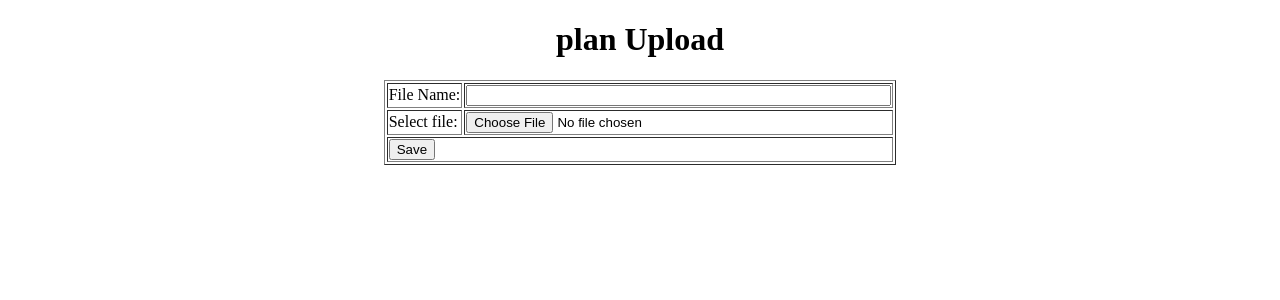
Repository: jungmintaeng/mini-ucampus
Page: http://localhost/ucam/planupload.jsp
These files come from the project's save history. The page is drawn as it stood at one moment and after the next save; the edit follows.
The browser window is 1280 px wide. The pictures show the whole page.
The page is served by Tomcat 9. Nobody is signed in. The application's start-up code is not run. Other server files are loaded and not shown.

Above is the page before, as saved 2016-06-11 16:52:22.

### ucam/WebContent/planupload.jsp
<%@ page language="java" contentType="text/html; charset=ISO-8859-1"
    pageEncoding="ISO-8859-1"%>
<!DOCTYPE html PUBLIC "-//W3C//DTD HTML 4.01 Transitional//EN" "http://www.w3.org/TR/html4/loose.dtd">
<html>
<head>
<head>
<meta http-equiv="Content-Type" content="text/html; charset=ISO-8859-1">
<title>plan Upload</title>
</head>
<body>
    <center>
        <h1>plan Upload</h1>
        <form method="post" action="uploadplan" enctype="multipart/form-data">
            <table border="1">
                <tr>
                    <td>File Name: </td>
                    <td><input type="text" name="courseName" size="50"/></td>
                </tr>
                <tr>
                    <td>Select file: </td>
                    <td><input type="file" name="file" size="50"/></td>
                </tr>
                <tr>
                    <td colspan="2">
                        <input type="submit" value="Save">
                    </td>
                </tr>
            </table>
        </form>
    </center>
</body>
</html>

After the next save:
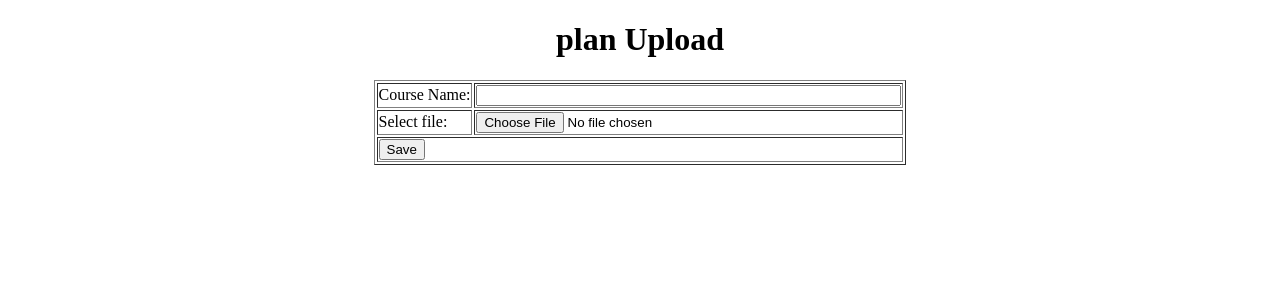
Saved 5 s later.
--- a/ucam/WebContent/planupload.jsp
+++ b/ucam/WebContent/planupload.jsp
@@ -13,7 +13,7 @@
         <form method="post" action="uploadplan" enctype="multipart/form-data">
             <table border="1">
                 <tr>
-                    <td>File Name: </td>
+                    <td>Course Name: </td>
                     <td><input type="text" name="courseName" size="50"/></td>
                 </tr>
                 <tr>
